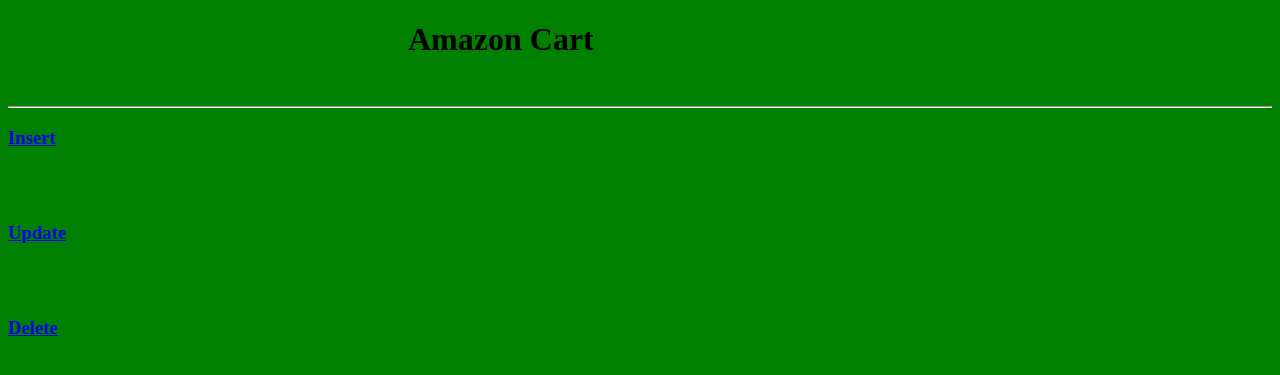
Repository: TanujaAmbre/Amazon
Page: Amazon/src/main/webapp/Cart.html
These files come from the project's save history. The page is drawn as it stood at one moment and after the next save; the edit follows.
The browser window is 1280 px wide. The pictures show the whole page.

Above is the page before, as saved 2024-06-28 21:01:20.

After the next save:
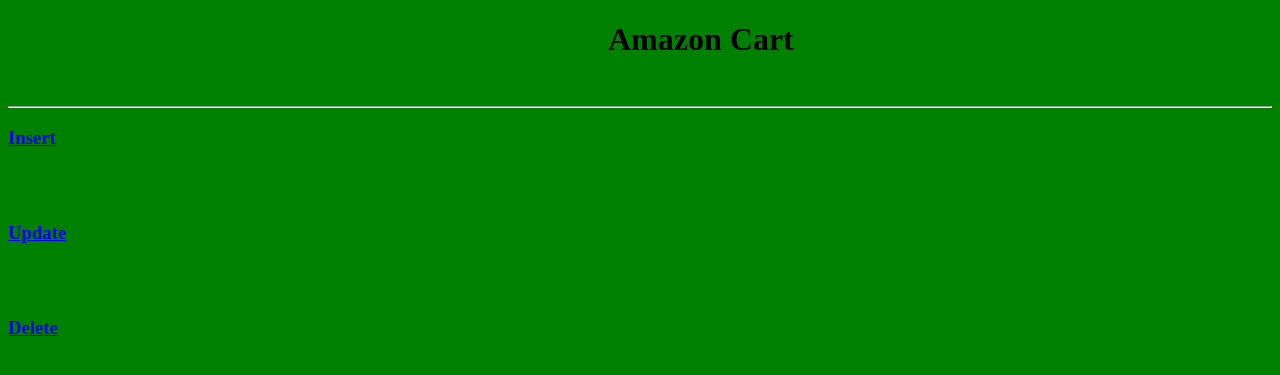
Saved 8 s later.
--- a/Amazon/src/main/webapp/Cart.html
+++ b/Amazon/src/main/webapp/Cart.html
@@ -8,7 +8,7 @@
 		background-color: green;
 	}
 	h1{
-		margin-left: 400px;
+		margin-left: 600px;
 	}
 </style>
 </head>
